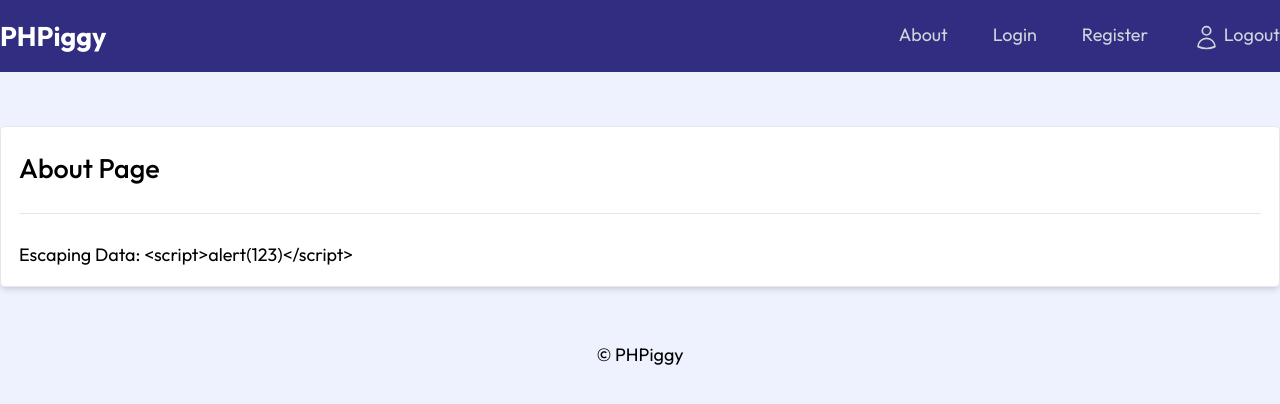
Repository: Conjet/PHPiggy
Page: http://localhost/about
These files come from the project's save history. The page is drawn as it stood at one moment and after the next save; the edit follows.
The browser window is 1280 px wide. The pictures show the whole page.
The page is run by PHP 8.4 with error messages shown; the project is at /var/www/html/.

Above is the page before, as saved 2023-09-09 01:03:00.

After the next save:
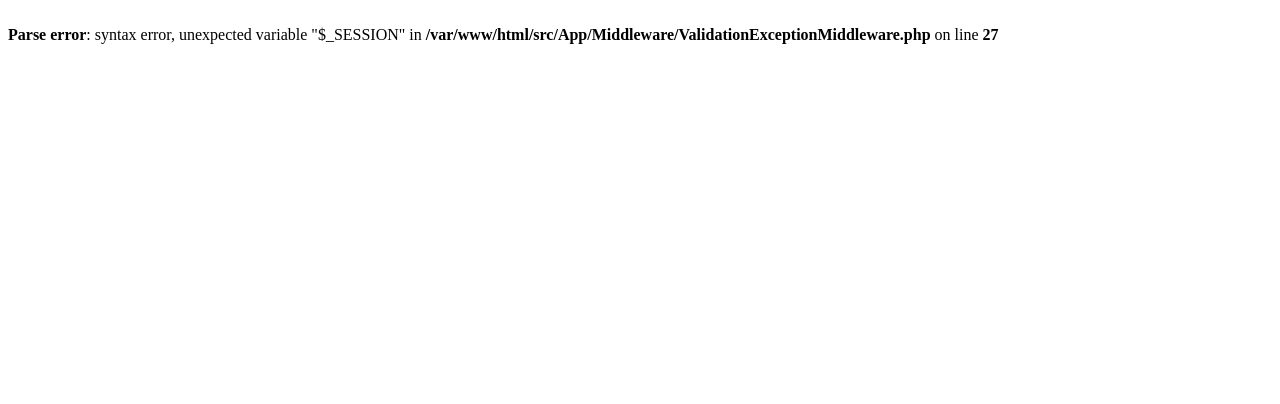
Saved 3 min 56 s later.
--- a/src/App/Middleware/ValidationExceptionMiddleware.php
+++ b/src/App/Middleware/ValidationExceptionMiddleware.php
@@ -16,6 +16,14 @@
         try {
             $next();
         } catch (ValidationException $e) {
+            $oldFormData = $_POST;
+
+            $excludedFields = ['password', 'confirmPassword'];
+            $formattedFormData = array_diff_key(
+                $oldFormData,
+                array_flip($excludedFields)
+            )
+
             $_SESSION['errors'] = $e->errors;
             $_SESSION['oldFormData'] = $_POST;
             $referer = $_SERVER['HTTP_REFERER'];

After the save that followed:
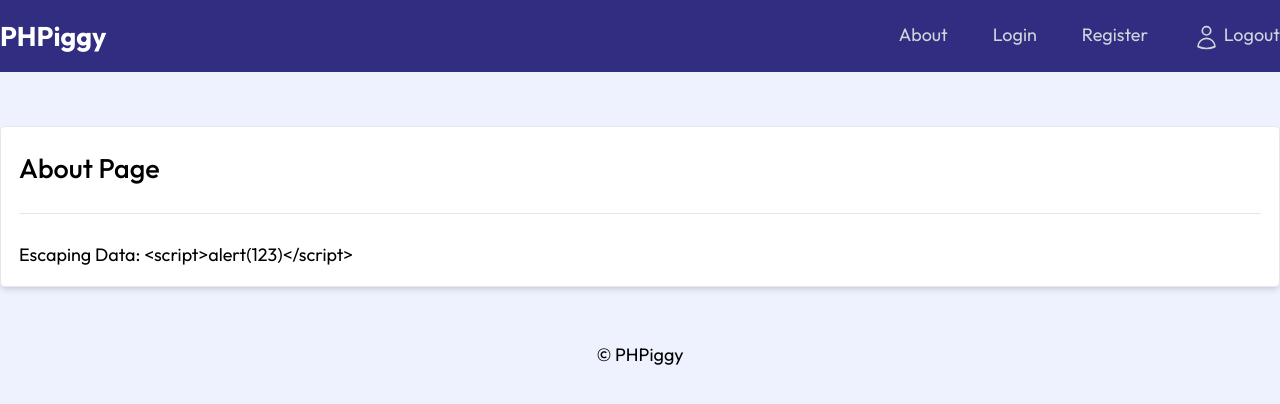
Saved 2 min 26 s later.
--- a/src/App/Middleware/ValidationExceptionMiddleware.php
+++ b/src/App/Middleware/ValidationExceptionMiddleware.php
@@ -17,15 +17,15 @@
             $next();
         } catch (ValidationException $e) {
             $oldFormData = $_POST;
-
+            // remoove passwords fields
             $excludedFields = ['password', 'confirmPassword'];
             $formattedFormData = array_diff_key(
                 $oldFormData,
                 array_flip($excludedFields)
-            )
+            );
 
             $_SESSION['errors'] = $e->errors;
-            $_SESSION['oldFormData'] = $_POST;
+            $_SESSION['oldFormData'] = $formattedFormData;
             $referer = $_SERVER['HTTP_REFERER'];
             redirectTo($referer);
         }
